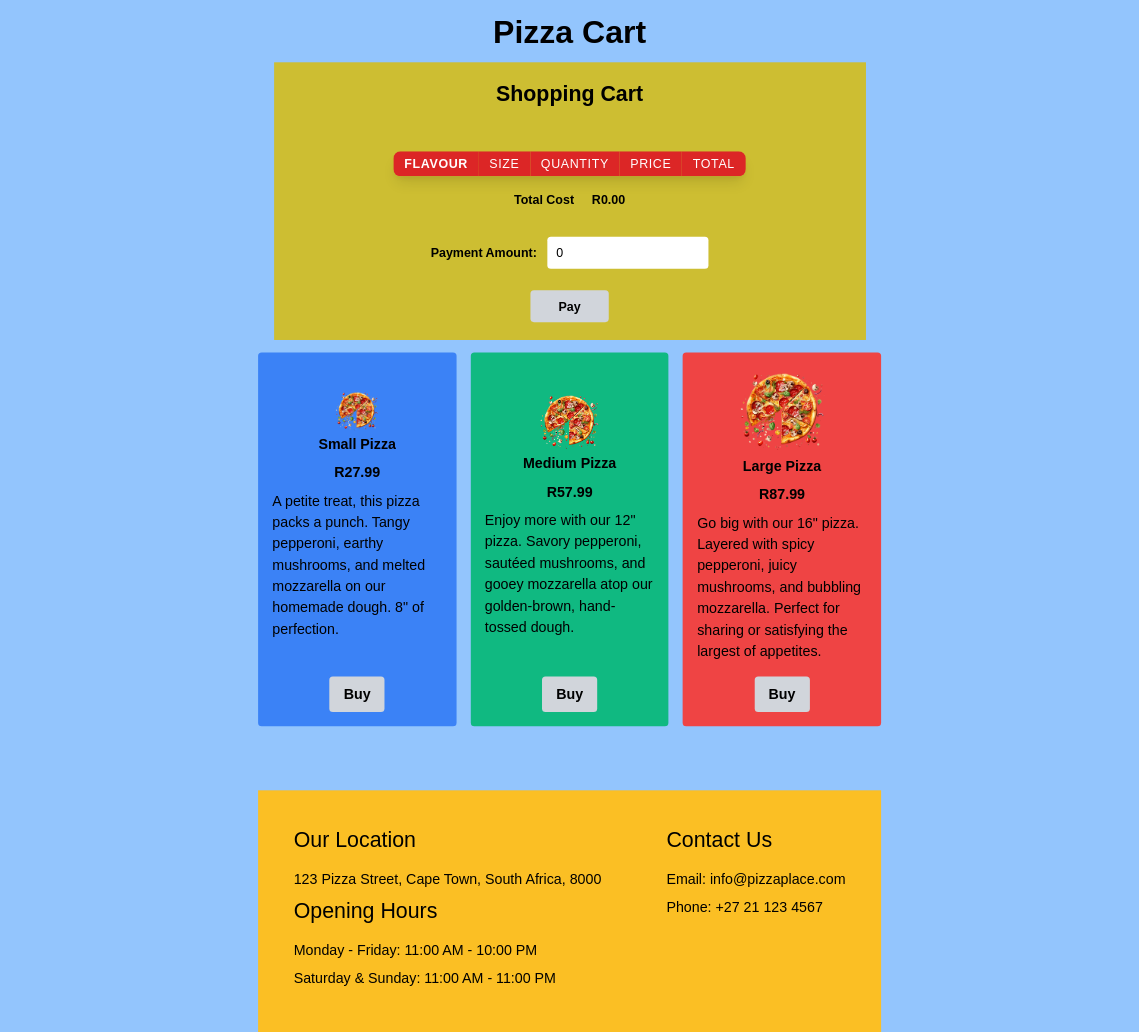
Repository: lasity34/pizza-cart-with-api
Page: index.html
An editor plug-in stored every save of this project. The page is shown before and after the next save, followed by the edit.
The browser window is 1280 px wide. The pictures show the whole page, at 89% of full size.
The page's requests for data from a server got no answer. Some web fonts or font styles are not loaded; a fallback is used. Some web libraries are served in a nearby version.

Above is the page before, as saved 2023-07-14 10:56:31.
Console error (its wording comes from the project's code and is left out).

### index.html
<!DOCTYPE html>
<html lang="en">
  <head>
    <meta charset="UTF-8" />
    <meta name="viewport" content="width=device-width, initial-scale=1.0" />
    <title>Pizza Cart</title>
    <script src="//unpkg.com/alpinejs" defer></script>
    <link
      href="https://cdn.jsdelivr.net/npm/tailwindcss@2.1.2/dist/tailwind.min.css"
      rel="stylesheet"
    />
    <script
      src="https://cdnjs.cloudflare.com/ajax/libs/axios/1.4.0/axios.min.js"
      integrity="sha512-uMtXmF28A2Ab/JJO2t/vYhlaa/3ahUOgj1Zf27M5rOo8/+fcTUVH0/E0ll68njmjrLqOBjXM3V9NiPFL5ywWPQ=="
      crossorigin="anonymous"
      referrerpolicy="no-referrer"
    ></script>
    <link href="./style.css" rel="stylesheet" />
    <link rel="preconnect" href="https://fonts.googleapis.com" />
    <link rel="preconnect" href="https://fonts.gstatic.com" crossorigin />
    <link
      href="https://fonts.googleapis.com/css2?family=Titillium+Web:ital@0;1&family=Tsukimi+Rounded:wght@300;400;500&display=swap"
      rel="stylesheet"
    />
  </head>
  <body x-data="pizzaCart" class="bg-blue-300" x-cloak>
    <section class="flex justify-center items-center">
      <h1 class="text-4xl pt-4 font-bold">Pizza Cart</h1>
    </section>

    <section
  class="shop-container my-3 sm:my-4 p-4 sm:p-5 flex flex-col text-xs sm:text-sm justify-center items-center"
>
  <h2 class="text-xl sm:text-2xl mb-2 font-bold">Shopping Cart</h2>
  <div class="mt-4 flex flex-col items-center">
    <div>
        <section class="mt-6">
            <table class="table-auto w-full rounded-lg overflow-hidden shadow-lg max-w-md mx-auto">
                <thead class="bg-red-600">
                    <tr>
                        <th class="px-2 sm:px-3 py-1 text-left text-xs sm:text-sm font-bold font-medium text-white uppercase tracking-wider">Flavour</th>
                        <th class="px-2 sm:px-3 py-1 text-left text-xs sm:text-sm font-medium text-white uppercase tracking-wider">Size</th>
                        <th class="px-2 sm:px-3 py-1 text-left text-xs sm:text-sm font-medium text-white uppercase tracking-wider">Quantity</th>
                        <th class="px-2 sm:px-3 py-1 text-left text-xs sm:text-sm font-medium text-white uppercase tracking-wider">Price</th>
                        <th class="px-2 sm:px-3 py-1 text-left text-xs sm:text-sm font-medium text-white uppercase tracking-wider">Total</th>
                    </tr>
                </thead>
                <tbody class="bg-yellow-100 divide-y divide-gray-200 overflow-auto max-h-48 sm:max-h-56">

                    <template x-for="pizza in cartPizzas">
                        <tr>
                          <td class="px-1 sm:px-2 py-1 whitespace-nowrap font-bold text-xs sm:text-sm text-gray-500" x-text="pizza.flavour"></td>

                            <td class="px-2 sm:px-3 py-1 whitespace-nowrap font-bold text-xs sm:text-sm text-gray-500" x-text="pizza.size"></td>
                            <td class="px-2 sm:px-3 py-1 whitespace-nowrap font-bold text-xs sm:text-sm text-gray-500">
                                <div class="flex items-center justify-center">
                                    <button
                                        @click="addPizzaToCart(pizza.id)"
                                        class="bg-gray-200 hover:bg-gray-300 text-gray-800 font-bold py-1 px-2 sm:px-3 rounded-l"
                                    >
                                        +
                                    </button>
                                    <div x-text="pizza.qty" class="mx-1 sm:mx-2"></div>
                                    <button
                                        @click="removePizzaFromCart(pizza.id)"
                                        class="bg-gray-200 hover:bg-gray-300 text-gray-800 font-bold py-1 px-2 sm:px-3 rounded-r"
                                    >
                                        -
                                    </button>
                                </div>
                            </td>
                            <td class="px-2 sm:px-3 py-1 whitespace-nowrap text-xs sm:text-sm font-bold text-gray-500">
                                R<span x-text="pizza.price"></span>
                            </td>
                            <td class="px-2 sm:px-3 py-1 whitespace-nowrap text-xs sm:text-sm font-bold text-gray-500">
                                R<span x-text="(pizza.qty * pizza.price).toFixed(2)"></span>
                            </td>
                        </tr>
                    </template>
                </tbody>
            </table>
        </section>
    </div>
    <div class="flex justify-center mt-2 sm:mt-4">
      <p class="font-bold">Total Cost</p>
      <p class="ml-3 sm:ml-5 font-bold">
        R<span x-text="(cartTotal).toFixed(2)">0.00</span>
      </p>
    </div>
    <div class="mt-2 sm:mt-4">
      <span x-html="payMessage"></span>
    </div>

    <div class="mt-2 sm:mt-4"  x-cloak>
      <label class="font-bold">Payment Amount:</label>
      <input
        placeholder="Enter payment here"
        type="number"
        step="0.01"
        class="rounded ml-1 sm:ml-2 py-1 sm:py-2"
        x-model="paymentAmount"
      />
    </div>
    <div class="mt-3 sm:mt-6">
      <button
        x-cloak
        @click="payForCart()"
        class="bg-gray-300 hover:bg-gray-400 py-1 sm:py-2 px-4 sm:px-8 rounded font-bold"
      >
        <span>Pay</span>
      </button>
    </div>
  </div>
</section>




    <section class="pizza_columns">
      <div
        class="flex flex-col gap-4 mx-auto items-center lg:items-stretch lg:flex-row justify-center"
      >
        <div
          class="flex bg-blue-500 rounded p-4 w-4/5 lg:w-4/5 flex-grow flex-shrink flex flex-col justify-between text-black items-center"
        >
          <div class="flex-grow flex flex-col items-center justify-center">
            <img src="./pizza.png" width="50" />
            <h3 class="mb-2 font-bold">Small Pizza</h3>
            <h3 class="mb-2 font-bold">R27.99</h3>
            <p class="mb-4">
              A petite treat, this pizza packs a punch. Tangy pepperoni, earthy
              mushrooms, and melted mozzarella on our homemade dough. 8" of
              perfection.
            </p>
          </div>
          <button
            @click=""
            :disabled="smallAdded"
            class="bg-gray-300 hover:bg-gray-400 transition-colors duration-300 py-2 px-4 rounded font-bold"
          >
            Buy
          </button>
        </div>
        <div
          class="pizza_md bg-green-500 rounded p-4 w-4/5 lg:w-4/5 flex-grow flex-shrink flex flex-col justify-between text-black items-center"
        >
          <div class="flex-grow flex flex-col items-center justify-center">
            <img src="./pizza.png" width="70" />
            <h3 class="mb-2 font-bold">Medium Pizza</h3>
            <h3 class="mb-2 font-bold">R57.99</h3>
            <p class="mb-4">
              Enjoy more with our 12" pizza. Savory pepperoni, sautéed
              mushrooms, and gooey mozzarella atop our golden-brown, hand-tossed
              dough.
            </p>
          </div>
          <button
            @click=""
            :disabled="mediumAdded"
            class="bg-gray-300 hover:bg-gray-400 transition-colors duration-300 py-2 px-4 rounded font-bold"
          >
            Buy
          </button>
        </div>
        <div
          class="pizza_lg bg-red-500 rounded p-4 w-4/5 lg:w-4/5 flex-grow flex-shrink flex flex-col justify-between text-black items-center"
        >
          <div class="flex-grow flex flex-col items-center justify-center">
            <img src="./pizza.png" width="100" />
            <h3 class="mb-2 font-bold">Large Pizza</h3>
            <h3 class="mb-2 font-bold">R87.99</h3>
            <p class="mb-4">
              Go big with our 16" pizza. Layered with spicy pepperoni, juicy
              mushrooms, and bubbling mozzarella. Perfect for sharing or
              satisfying the largest of appetites.
            </p>
          </div>
          <button
            @click=""
            :disabled="largeAdded"
            class="bg-gray-300 hover:bg-gray-400 transition-colors duration-300 py-2 px-4 rounded font-bold"
          >
            Buy
          </button>
        </div>
      </div>
    </section>
    <!-- all pizzas display -->
    <section class="mt-8">
        <div class="flex flex-col items-center">
            <template x-for="pizza in pizzas">
                <div class="flex items-center border-b border-gray-200 bg-yellow-200 shadow-lg rounded-lg px-4 py-4 my-3 w-full max-w-xl">
                    <div class="w-24 h-24 flex-shrink-0">
                        <img src="./pizza.png" class="w-full h-full object-cover rounded-lg" />
                    </div>
                    <div class="ml-4 flex-grow flex justify-between w-3/4 items-center">
                        <h5 class="ml-2 text-lg font-bold text-black" x-text="pizza.flavour"></h5>
                        <p class="text-lg text-black mt-5 mb-4 mr-6 font-bold">R<span x-text="pizza.price"></span></p>
                    </div>
                    <div>
                        <button @click="addPizzaToCart(pizza.id)" class="bg-gray-600 hover:bg-gray-700 text-white font-bold py-2 px-4 rounded">Buy</button>
                    </div>
                </div>
            </template>
        </div>
    </section>



    <footer class="bg-yellow-400 text-black mt-10 p-10">
      <div class="container mx-auto flex justify-between">
        <div>
          <h2 class="text-2xl mb-4">Our Location</h2>
          <p class="mb-2">123 Pizza Street, Cape Town, South Africa, 8000</p>

          <h2 class="text-2xl mb-4">Opening Hours</h2>
          <p class="mb-2">Monday - Friday: 11:00 AM - 10:00 PM</p>
          <p class="mb-2">Saturday & Sunday: 11:00 AM - 11:00 PM</p>
        </div>
        <div>
          <h2 class="text-2xl mb-4">Contact Us</h2>
          <p class="mb-2">Email: info@pizzaplace.com</p>
          <p class="mb-2">Phone: +27 21 123 4567</p>
        </div>
      </div>
    </footer>

    <div
      x-show="show"
      x-transition:enter="transition ease-out duration-300"
      x-transition:enter-start="opacity-0 transform scale-90"
      x-transition:enter-end="opacity-100 transform scale-100"
      x-transition:leave="transition ease-in duration-300"
      x-transition:leave-start="opacity-100 transform scale-100"
      x-transition:leave-end="opacity-0 transform scale-90"
      class="fixed inset-0 flex items-center justify-center z-50"
    >
      <div class="bg-green-800 text-white rounded p-5 shadow-lg">
        <p x-text="message"></p>
      </div>
    </div>

    <script src="./pizza.js"></script>
  </body>
</html>

### style.css

body {
    max-width: 700px;
    margin: 0 auto;

font-family: 'Tsukimi Rounded', sans-serif;
}

.shop-container {
    background-color: rgb(205, 190, 50);
    max-width: 95%;
    margin: 1em auto;
}

input::-webkit-outer-spin-button,
input::-webkit-inner-spin-button {
  -webkit-appearance: none;
  margin: 0;
}

input[type="number"] {
  -moz-appearance: textfield;
 text-indent: 10px;
}

[x-cloak] { display: none; }

### pizza.js
function pizzaCart() {
  return {
    quantity: 0,
    paymentAmount: 0,
    message: "",
    payMessage: "",
    smallAdded: false,
    mediumAdded: false,
    largeAdded: false,
    show: false,
    prices: {
      small: 27.99,
      medium: 57.99,
      large: 87.99,
    },
    lastMessageAdded: "",

    pizzas: [],
    username: "bjorn",
    cartId: "jI0VaxiP9k",
    cartPizzas: [],
    cartTotal: 0.0,
    // increment(size) {
    //   if (size === "small" && this.smallAdded) {
    //     this.smallAmount++;
    //   } else if (size === "medium" && this.mediumAdded) {
    //     this.mediumAmount++;
    //   } else if (size === "large" && this.largeAdded) {
    //     this.largeAmount++;
    //   }
    // },
    // buy(size) {
    //   if (size === "small") {
    //     this.smallAdded = true;
    //     this.smallAmount++; // increment the small pizza count
    //     this.message = "Small Pizza has been added";
    //   } else if (size === "medium") {
    //     this.mediumAdded = true;
    //     this.mediumAmount++; // increment the medium pizza count
    //     this.message = "Medium Pizza has been added";
    //   } else if (size === "large") {
    //     this.largeAdded = true;
    //     this.largeAmount++; // increment the large pizza count
    //     this.message = "Large Pizza has been added";
    //   }
    //   this.toggleModal();
    // },
    // decrement(size) {
    //   if (size === "small" && this.smallAmount > 0 && this.smallAdded) {
    //     this.smallAmount--;
    //     if (this.smallAmount === 0) this.smallAdded = false;
    //   }
    //   if (size === "medium" && this.mediumAmount > 0 && this.mediumAdded) {
    //     this.mediumAmount--;
    //     if (this.mediumAmount === 0) this.mediumAdded = false;
    //   }
    //   if (size === "large" && this.largeAmount > 0 && this.largeAdded) {
    //     this.largeAmount--;
    //     if (this.largeAmount === 0) this.largeAdded = false;
    //   }
    // },
    // total() {
    //   return (
    //     this.smallAmount * this.prices.small +
    //     this.mediumAmount * this.prices.medium +
    //     this.largeAmount * this.prices.large
    //   );
    // },
    // paymentTotal() {
    //   if (this.paymentAmount < this.total()) {
    //     this.payMessage = `<p class='flex bg-red-600 text-white py-2 px-4 font-bold text-lg my-3 py-1'>R${(
    //       this.total() - this.paymentAmount
    //     ).toFixed(2)} is needed</p>`;
    //     setTimeout(() => {
    //       this.payMessage = "";
    //     }, 2000);
    //   } else if (this.paymentAmount > this.total()) {
    //     this.payMessage = `<p class='flex bg-red-600 text-white py-2 px-4 font-bold text-lg my-3 py-1'>There is R${(
    //       this.paymentAmount - this.total()
    //     ).toFixed(2)} too much</p>`;
    //     setTimeout(() => {
    //       this.payMessage = "";
    //     }, 2000);
    //   } else if (this.paymentAmount == this.total() && this.total() !== 0) {
    //     this.payMessage =
    //       "<p class='flex bg-green-600 text-white py-2 px-4 font-bold text-lg my-3 py-1'>Enjoy your pizzas<p>";
    //     this.reset();
    //     setTimeout(() => {
    //       this.payMessage = "";
    //     }, 2000);
    //   }
    // },
    toggleModal() {
      this.show = !this.show;
      if (this.show) {
        setTimeout(() => {
          this.show = false;
        }, 2000); // Close after 2 seconds
      }
    },
    reset() {
      this.smallAmount = 0;
      this.mediumAmount = 0;
      this.largeAmount = 0;
      this.paymentAmount = 0;
      this.message = "";

      this.smallAdded = false;
      this.mediumAdded = false;
      this.largeAdded = false;
      this.show = false;
    },

    // API

    getCart() {
      const getCartURL = `https://pizza-api.projectcodex.net/api/pizza-cart/${this.cartId}/get`;

      return axios.get(getCartURL);
    },
    addPizza(pizzaId) {
      return axios.post(
        "https://pizza-api.projectcodex.net/api/pizza-cart/add",
        {
          cart_code: this.cartId,
          pizza_id: pizzaId,
        }
      );
    },
    removePizza(pizzaId) {
      return axios.post(
        "https://pizza-api.projectcodex.net/api/pizza-cart/remove",
        {
          cart_code: this.cartId,
          pizza_id: pizzaId,
        }
      );
    },
    pay(amount) {
      axios.post("https://pizza-api.projectcodex.net//api/pizza-cart/pay", {
        cart_code: this.cartId,
        amount: 200,
      });
    },
    showCartData() {
      this.getCart().then((result) => {
        const cartData = result.data;
        this.cartPizzas = cartData.pizzas;
        this.cartTotal = cartData.total;
      });
    },
    init() {
      axios
        .get("https://pizza-api.projectcodex.net/api/pizzas")
        .then((result) => {
          this.pizzas = result.data.pizzas;
        });

      this.showCartData();
    },
    addPizzaToCart(pizzaId) {
      this.addPizza(pizzaId).then(() => {
        this.showCartData();
      });
    },
    removePizzaFromCart(pizzaId) {
      this.removePizza(pizzaId).then(() => {
        this.showCartData();
      });
    },
    payForCart() {
      this.paymentAmount
    }
  };
}

document.addEventListener("alpine:init", () => {
  Alpine.data("pizzaCart", pizzaCart);
});

After the next save:
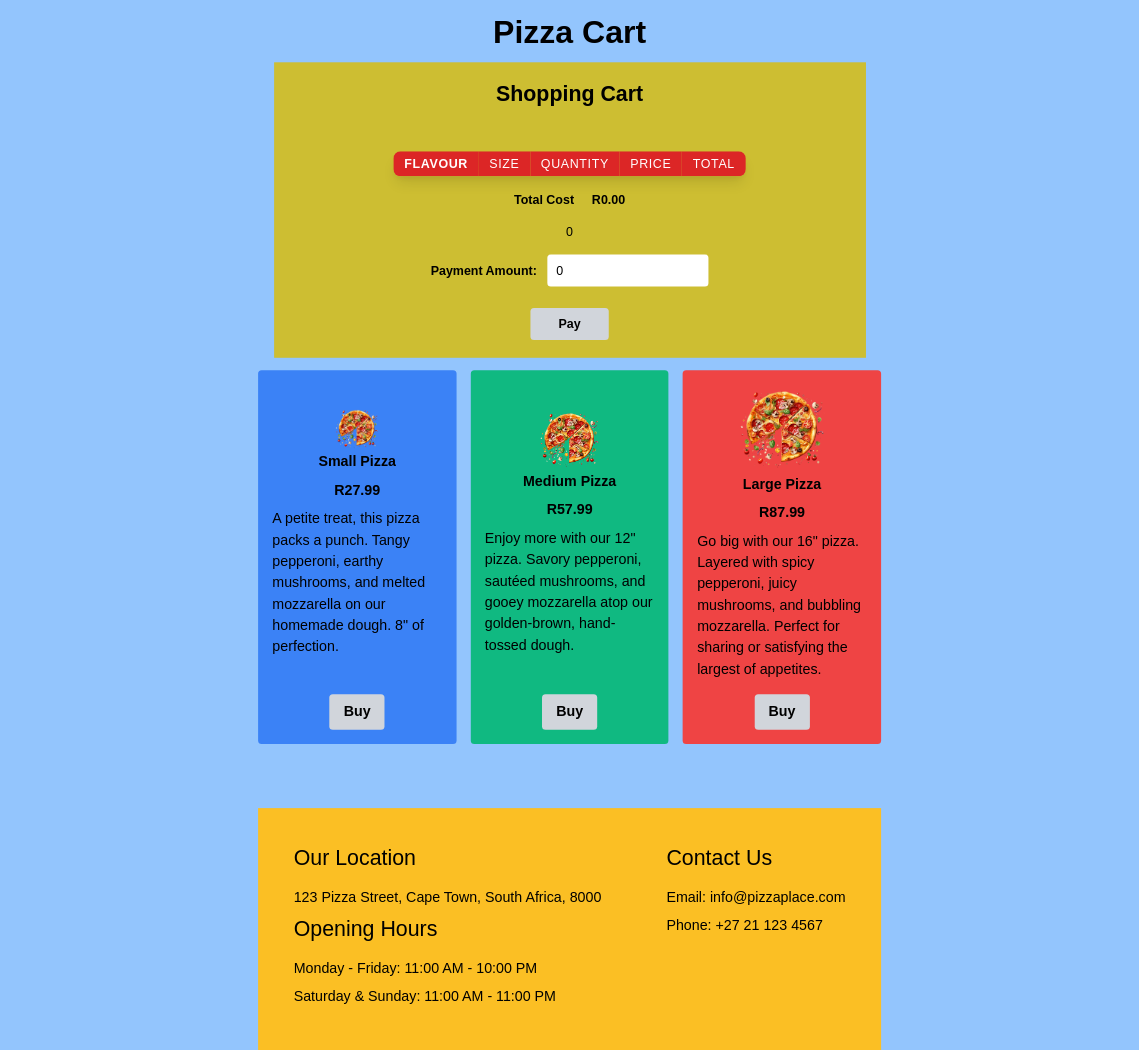
Saved 48 s later.
--- a/index.html
+++ b/index.html
@@ -88,7 +88,7 @@
       </p>
     </div>
     <div class="mt-2 sm:mt-4">
-      <span x-html="payMessage"></span>
+      <span x-html="paymentAmount"></span>
     </div>
 
     <div class="mt-2 sm:mt-4"  x-cloak>

After the 4 saves that followed:
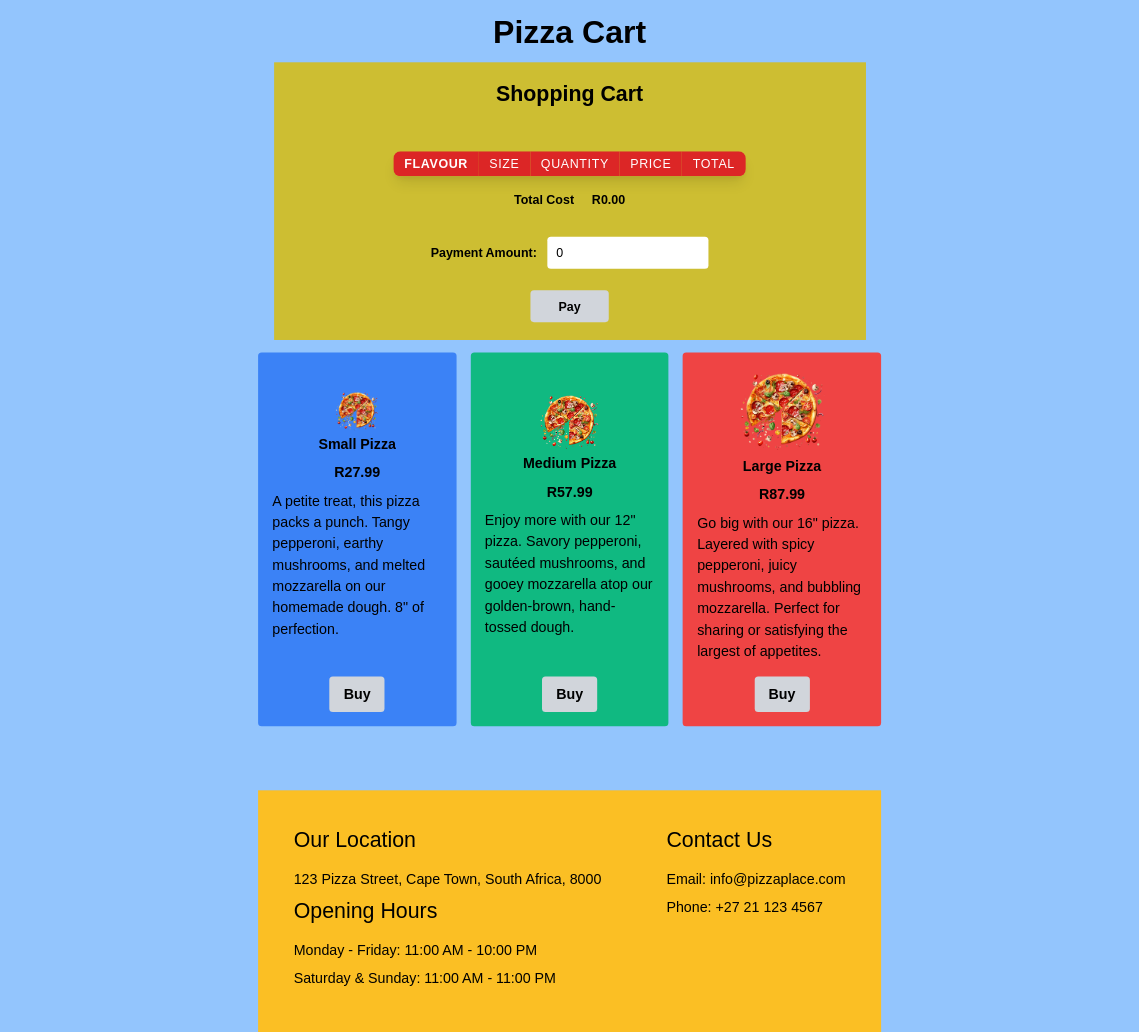
The 4 saves are shown as one change because 3 left the picture as it was.
The last was saved 13 min 57 s later.
--- a/index.html
+++ b/index.html
@@ -88,7 +88,7 @@
       </p>
     </div>
     <div class="mt-2 sm:mt-4">
-      <span x-html="paymentAmount"></span>
+      <span x-text=""></span>
     </div>
 
     <div class="mt-2 sm:mt-4"  x-cloak>
--- a/pizza.js
+++ b/pizza.js
@@ -169,7 +169,13 @@ function pizzaCart() {
       });
     },
     payForCart() {
-      this.paymentAmount
+
+      this.pay(this.paymentAmount)
+      .then(result => {
+        if ( result.data.status === 'failure') {
+          this.message = result.data.message
+        }
+      })
     }
   };
 }
